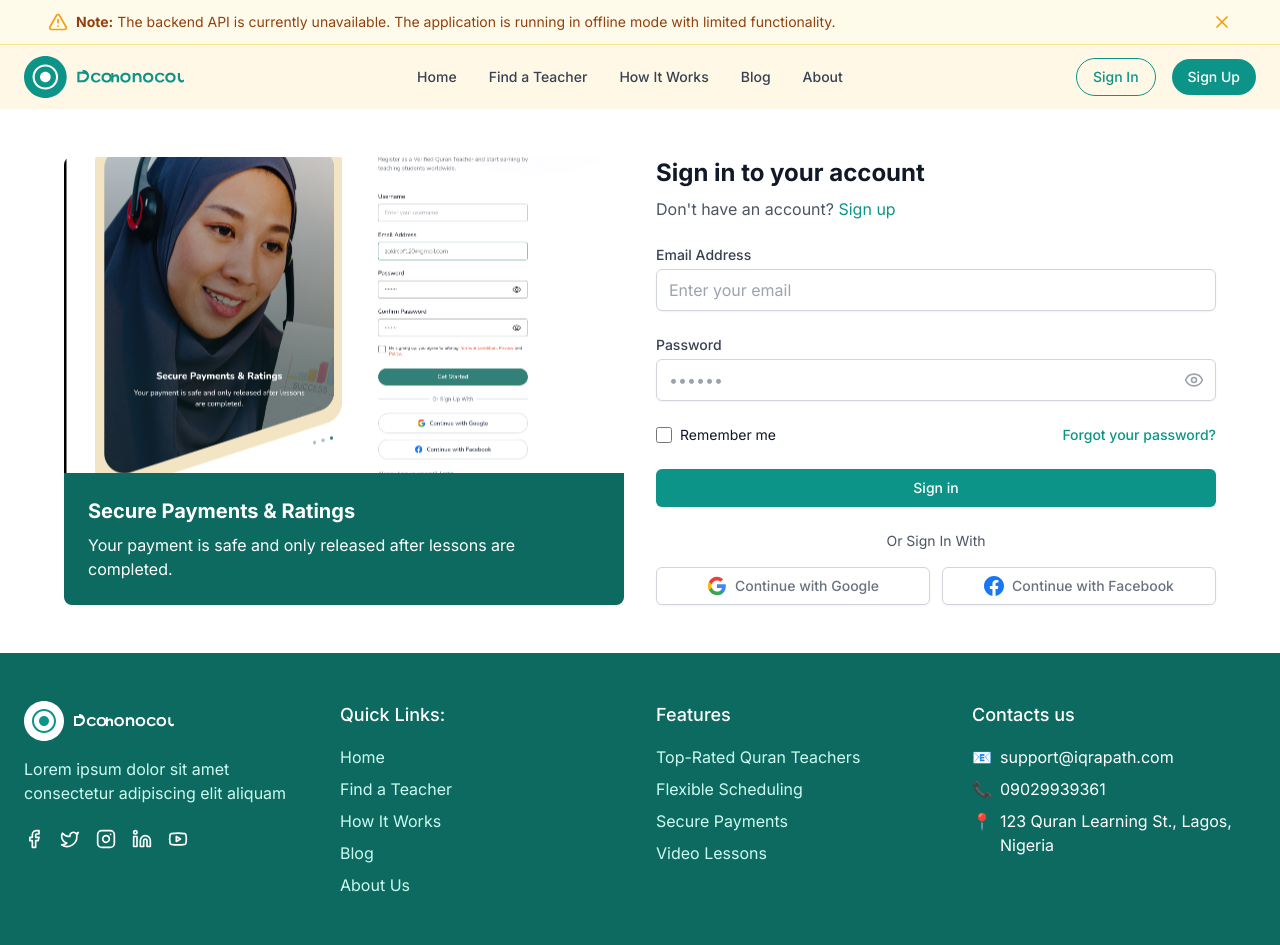
Repository: tafolabi009/originalq
Page: /auth/login
An editor plug-in stored every save of this project. The page is shown before and after a run of saves, followed by the edit.
The browser window is 1280 px wide. The pictures show the whole page.
The page's requests for data from a server got no answer. The project was rebuilt for these pictures with package versions that can differ from the ones it lists, and the page was loaded fresh each time. The framework's server and built-in components were replaced by stand-ins that run in the browser. No one was signed in, and anything a server would have sent is missing. Also part of the build but not shown: next.config.mjs.

Above is the page before, as saved 2025-03-28 20:16:42.

After the next 3 saves:
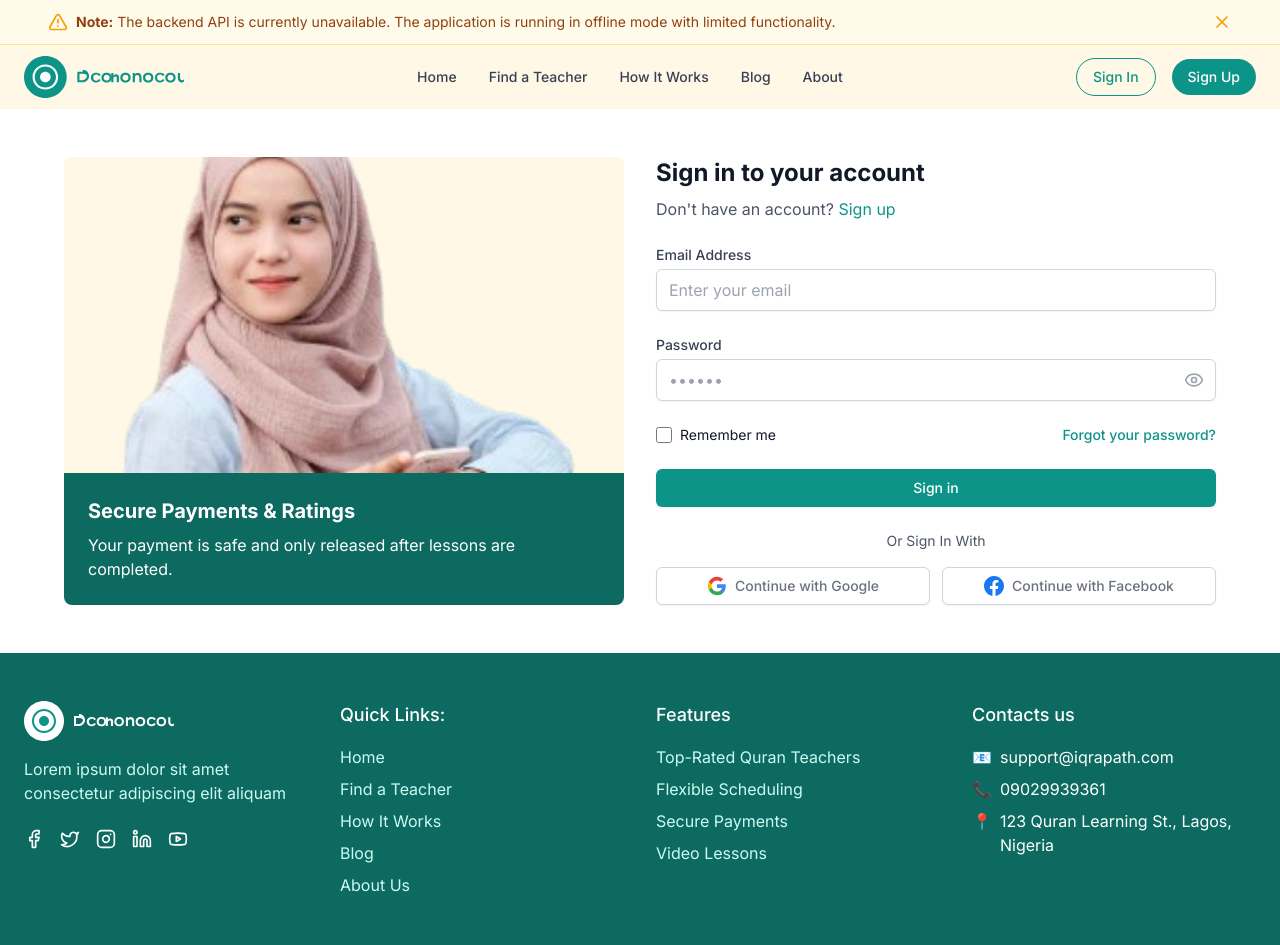
The 3 saves are shown as one change because they came seconds apart.
The last was saved 26 min 43 s later.
--- a/app/auth/login/page.tsx
+++ b/app/auth/login/page.tsx
@@ -74,7 +74,7 @@ export default function LoginPage() {
                 <div className="h-full flex flex-col">
                   <div className="relative flex-1 min-h-[300px]">
                     <Image
-                      src="/images/female-teacher-headphones.png"
+                      src="/images/female-teacher.png"
                       alt="Female Teacher"
                       fill
                       className="object-cover"
